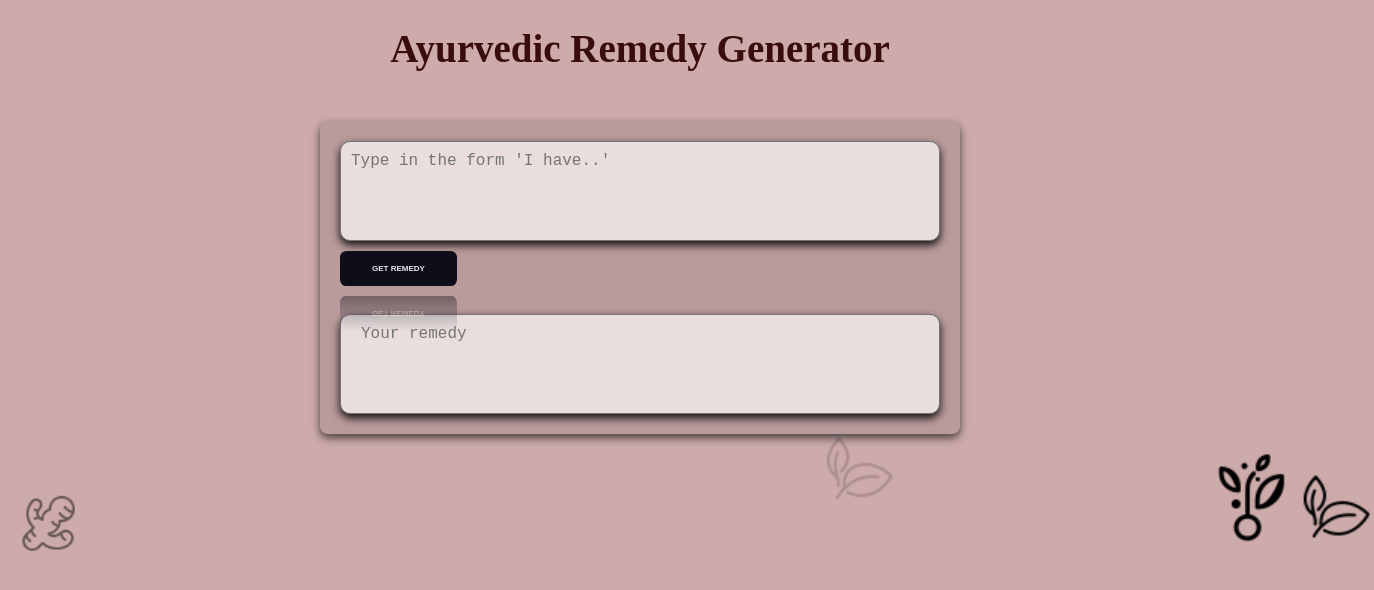
Repository: krutarthh/Ayurvedic-Remedy
Page: index.html
An editor plug-in stored every save of this project. The page is shown before and after the next save, followed by the edit.
The browser window is 1280 px wide. The page is 1374 px wide, so the pictures cover 1374 px, including what lies to the right of the window. The pictures show the whole page.

Above is the page before, as saved 2024-04-10 15:33:38.

After the next save:
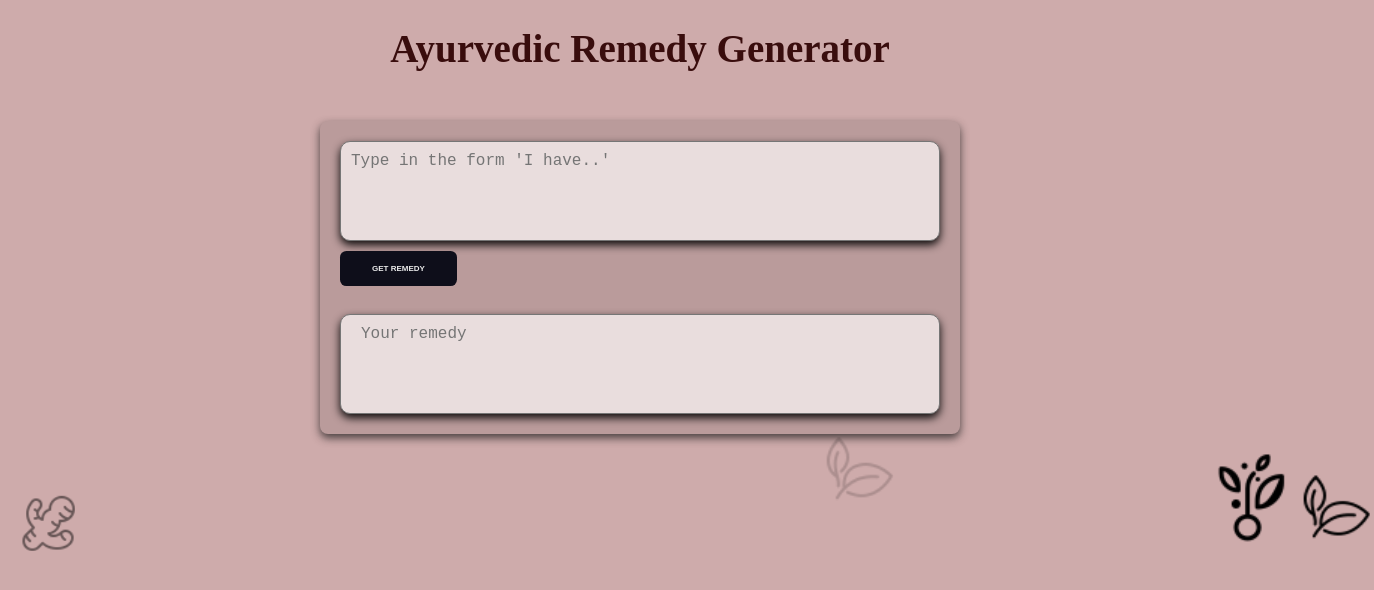
Saved 12 s later.
--- a/app.css
+++ b/app.css
@@ -140,7 +140,7 @@ background-color: #e9dddd;
     font-weight: 700;
     transition: 0.6s;
 
-    -webkit-box-reflect: below 10px linear-gradient(to bottom, rgba(0,0,0,0.0), rgba(0,0,0,0.4));
+
   }
 
   #Send:active {
